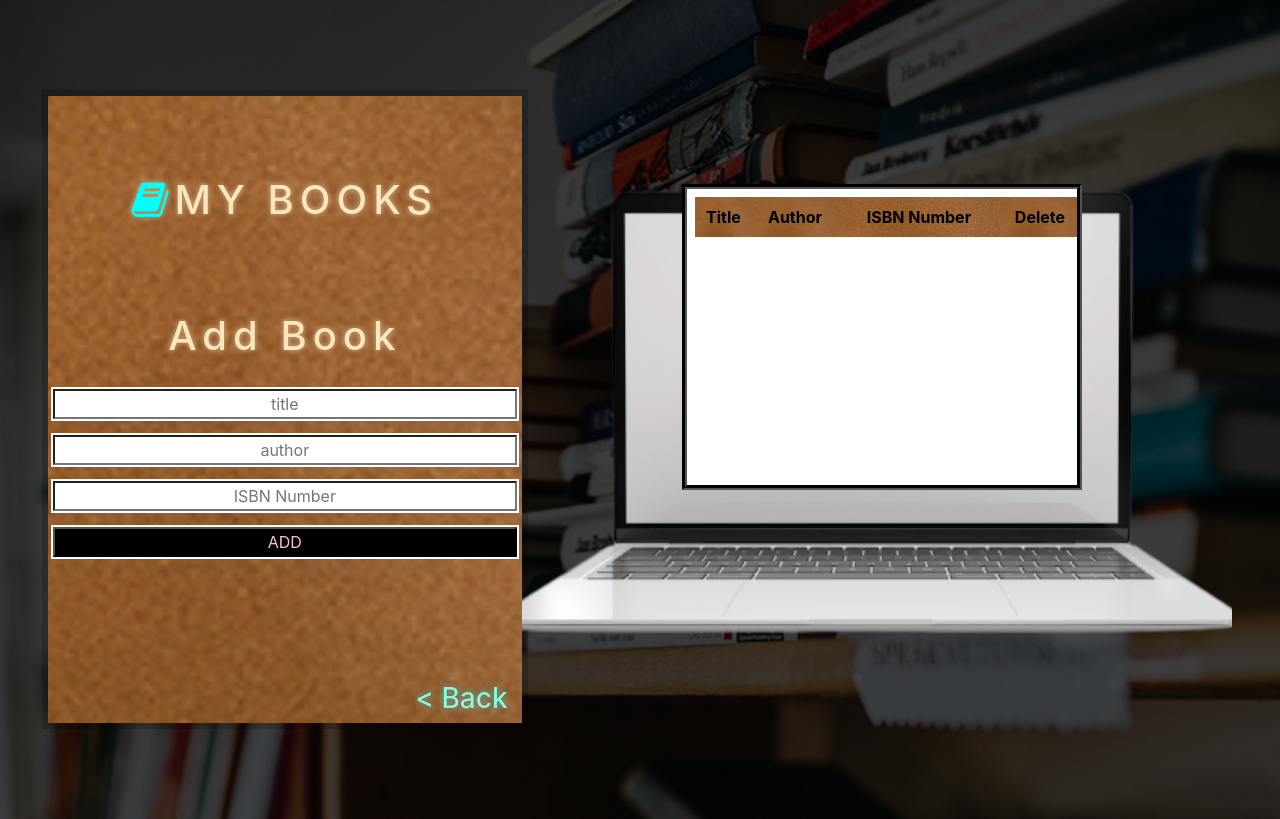
Repository: CSituma/Home-Library-App
Page: libu.html
An editor plug-in stored every save of this project. The page is shown before and after the next save, followed by the edit.
The browser window is 1280 px wide. The pictures show the whole page.
Backgrounds fixed to the window are drawn as part of the page. Some web libraries are served in a nearby version.

Above is the page before, as saved 2020-11-10 21:28:03.

### libu.html
<!DOCTYPE html>
<html lang="en">
<head>
    <meta charset="UTF-8">
    <meta name="viewport" content="width=device-width, initial-scale=1.0">
    <meta http-equiv="X-UA-Compatible" content="ie=edge">
    <link rel="stylesheet" href="style.css">
    <link rel="stylesheet" href="https://cdnjs.cloudflare.com/ajax/libs/font-awesome/4.7.0/css/font-awesome.min.css"/>
<link rel="stylesheet" href="https://stackpath.bootstrapcdn.com/bootstrap/4.5.0/css/bootstrap.min.css" integrity="sha384-9aIt2nRpC12Uk9gS9baDl411NQApFmC26EwAOH8WgZl5MYYxFfc+NcPb1dKGj7Sk" crossorigin="anonymous"/>
<link rel="stylesheet" href="https://cdnjs.cloudflare.com/ajax/libs/animate.css/4.0.0/animate.min.css"/>
  <title>BOOK TRACKER</title>
</head>
<body>
    <div class="columns">
        <div class="js">

            <h1><i class="fa fa-book"></i>MY BOOKS</h1>
            <h1>Add Book</h1>
            <form id="form">
                <input type= "text" id= "title"  placeholder="title">
                <input type= "text" id= "author" placeholder="author" >
                <input type= "text" id= "number" placeholder="ISBN Number">
                <input type= "submit"id= "button" value="ADD">
            </form>
        <h3> <a href= "./index.html"> < Back </a></h3>
        </div>
        <div class="storage" >
              <div class="storage_items">
        <table id="table">
            <thead>
                <tr>
                <th id="title">Title</th>
                <th>Author</th>
                <th>ISBN Number</th>
                <th>Delete</th>
                </tr>
                </thead>
                <tbody class="Booklist" id="booklist">
                </tbody>
            </table>
            </div>
        </div>
</div>
    <script src="lib.js"></script>
 </body>
 </html>

### style.css
/*homepage//////////////*/
body,
html {
  max-width: 100%;
  margin: 0;
  padding: 0;
  max-height: 100%;
  background: url("./images/sandra-seitamaa-qkIWnKtGhg4-unsplash.jpg")
    center/cover no-repeat fixed;
}

.container {
  margin: 10em 20em 20em 20em;
  height: 400px;
  width: 40%;
  background-color: rgba(146, 116, 15, 0.445);
  text-align: center;
}

.lol {
  padding-top: 5em;
  font-weight: 800;
  font-style: italic;
}
span {
  color: yellow;
  font-weight: 400;
}
#lolone {
  color: ghostwhite;
}

h3 {
  padding-top: 4em;
  float: right;
  margin-right: 0.5em;
  font-weight: 900;
  font-size: 2rem;
  text-shadow: 0 0 3px #FF0000, 0 0 5px aqua;
}

h3 a {
  text-decoration: none;
 color: aquamarine;

}

h3 a:hover {
  text-decoration: none;
  color: burlywood;
}

#you {
  padding: 1rem;
  color: gold;
}

/*library////////////////*/
.columns {
  display: flex;
  justify-content: space-between;
  max-width: 100%;
  max-height: 100%;
  background: rgba(0, 0, 0, 0.692);

}
h1{
  letter-spacing: 6px;
  text-shadow: 0 0 3px olive, 0 0 5px pink;
  padding-top:2em;
  margin: 0;
  color: bisque;

}
table {
  background: black;
  width: 100%;
  margin:0.5em;
  margin-left:0.2em;
  text-align: center;
  color:white;

}


td{
  margin: 2em;
}
tr{
  border-left: white 5px solid;
  height: 40px;
}
th {
  color: black;
  background:url('./images/josephine-bredehoft-KsAo8ouBn8A-unsplash.jpg') center/cover no-repeat;
  outline: none;
}
tbody tr:nth-child(odd){
  background:white;
 color: olive;
}
tbody tr:nth-child(odd):hover {
  box-shadow: 0 0 0 2px white;

}
tbody tr:nth-child(even){
background:black;

}
tbody tr:nth-child(even):hover{
  box-shadow: 0 0 0 2px gray;
}

 .fa {
   color:aqua;
 }
 .fa:hover{
   font-size:1.3em;
 }
form {
  padding: 0.3em;
  margin-top: 1em;
}

form input {
  width: 100%;
  margin: 0.5em 0;
  -webkit-box-shadow: 0 0 0 2px white;
  box-shadow: 0 0 0 2px white;
}

:placeholder-shown {
  text-align: center;
}

#button {
  color: pink;
  background-color: black;
}

/*/////////////////////////////////*/
.storage_items {

  background-color: white;
  width:100%;
  max-height: 70%;
  margin-left: 8em;
  margin-top: 5em;
  margin-bottom: 2em;
  border: rgb(0, 0, 0) 5px solid;
  border-style: groove;
  padding-bottom: 15em;
  overflow: scroll;
  scroll-behavior: smooth;
  scrollbar-width: 2px;
}
.storage {
  background:url("./images/1463-removebg-preview.png") center/cover no-repeat;
  width: 60%;
  height: 85vh;
  margin: 6em 3em 6em 0;
  border-radius: 3px;

}
.js {
  -webkit-box-shadow: 0 0 0 6px rgba(0, 0, 0, 0.191);
  box-shadow: 0 0 0 6px rgba(0, 0, 0, 0.191);
  text-align: center;
  width: 40%;
  margin: 6em 0em 6em 3em;
  background: url("./images/josephine-bredehoft-KsAo8ouBn8A-unsplash.jpg")
    center/cover no-repeat;
}

@media screen and (max-width:1000px) {
  .storage{
    margin-right: 0;

    background: url("./images/719-removebg-preview.png") center/cover no-repeat;
  }
  .storage_items{
    margin:0;
    font-size: 13px;
   border: 10px solid black;
   border-radius: 45px;
   border-bottom-right-radius:5px;
   border-bottom-left-radius:5px;
   border-top-right-radius:15px;

   padding:0;
   padding-bottom: 15em;

}

.js{
  margin: 0;}


}

@media screen and (min-width:1000px) {

 .storage_items{
  max-height: 60%;
    background-color: white;
    width: 400px;
    height: 50%;
    margin-left: 10em;
    margin-top: 5.5em;

  }


 }

 @media screen and (max-width:800px)
 {
  .storage{
    background: url("./images/719-removebg-preview.png") center/cover no-repeat;
  }
  .storage_items{
    margin:0;
    font-size: 13px;
   border: 10px solid black;
   border-radius: 45px;
   border-bottom-right-radius:5px;
   border-bottom-left-radius:5px;
   border-top-right-radius:15px;
   padding:0;
   padding-bottom: 15em;

}
.columns{
  flex-direction: column;
}
.js{
  width:100%;
  padding: 0 5em;
 }

 }

### lib.js
// Book Class: Represents a Book
class Book {
  constructor(title, author, isbn) {
    this.title = title;
    this.author = author;
    this.isbn = isbn;
  }
}

// UI Class: Handle UI Tasks
class UI {
//display Books.//
static displayBooks () {
 const books = Store.getBooks();
 books.forEach(((book) =>
  UI.addBookToList(book)));
}


//addbooks
static addBookToList(book) {

const bookList = document.querySelector('#booklist');
const row = document.createElement('tr');

row.innerHTML= `<td>${book.title} </td>
               <td>${book.author}</td>
               <td>${book.isbn}</td>
              <td><i class="fa fa-trash-o"></i></td>`;

bookList.appendChild(row);

}


//deletebooks
static deleteBook(el){
 if(el.classList.contains('fa')){
   el.parentElement.parentElement.remove();
  }}

////show alert msg
static showAlert(message, className){
const div = document. createElement('div');
div.className = `alert alert-${className}`;
div.appendChild(document.createTextNode(message));
const button = document.getElementById('button');
const form = document.getElementById('form');


form.insertBefore(div, button);


//message vanishing//

setTimeout(() => {
  document.querySelector('.alert').remove();
}, 3000);

}

//clear fields//

static clearFields() {
  document.querySelector('#title').value = '';
  document.querySelector('#author').value = '';
  document.querySelector('#number').value = '';
}

}

///Events:
/* 1. Display Books */

document.addEventListener('DOMContentLoaded', UI.displayBooks);

/* 2. Add Books*/
document.querySelector("#form").addEventListener('submit',(e) =>
{
e.preventDefault();
///get form values//
const title = document.querySelector('#title').value;
const author = document.querySelector('#author').value;
const isbn = document.querySelector('#number').value;

  // Validate
 if(title ===''|| author===''|| isbn===''){
   UI.showAlert('Please fill in the Form', 'danger')
 }
else{
  //instantiate Book
  const book = new Book(title,author,isbn);

//////Adding
UI.addBookToList(book);

Store.addBook(book);

///Show Sucess Message
UI.showAlert('Added', 'success');
//Clearfields
UI.clearFields();


 }
}
);


/////3. Remove BOOK////
document.querySelector('#booklist').addEventListener('click', (e)=>{
e.preventDefault();
//deleting from UI

UI.deleteBook(e.target);
///deleting from Store
Store.removeBook(e.target.parentElement.previousElementSibling.textContent);
//Message
UI.showAlert('Book Deleted', 'danger');

}
);

///localStorage
class Store{
  static getBooks(){
    let books;
   if (localStorage.getItem('books') === null){
     books = [];
   }
   else {
     books = JSON.parse(localStorage.getItem('books'));
   }
   return books;
  }

  static addBook(book){
    const books= Store.getBooks();
    books.push(book);
   localStorage.setItem('books',JSON.stringify(books));
  }
  static removeBook(isbn) {
    const books = Store.getBooks();

    books.forEach((book, index) => {
      if(book.isbn === isbn) {
        books.splice(index, 1);
      }
    });
    localStorage.setItem('books', JSON.stringify(books));
  }
}

After the next save:
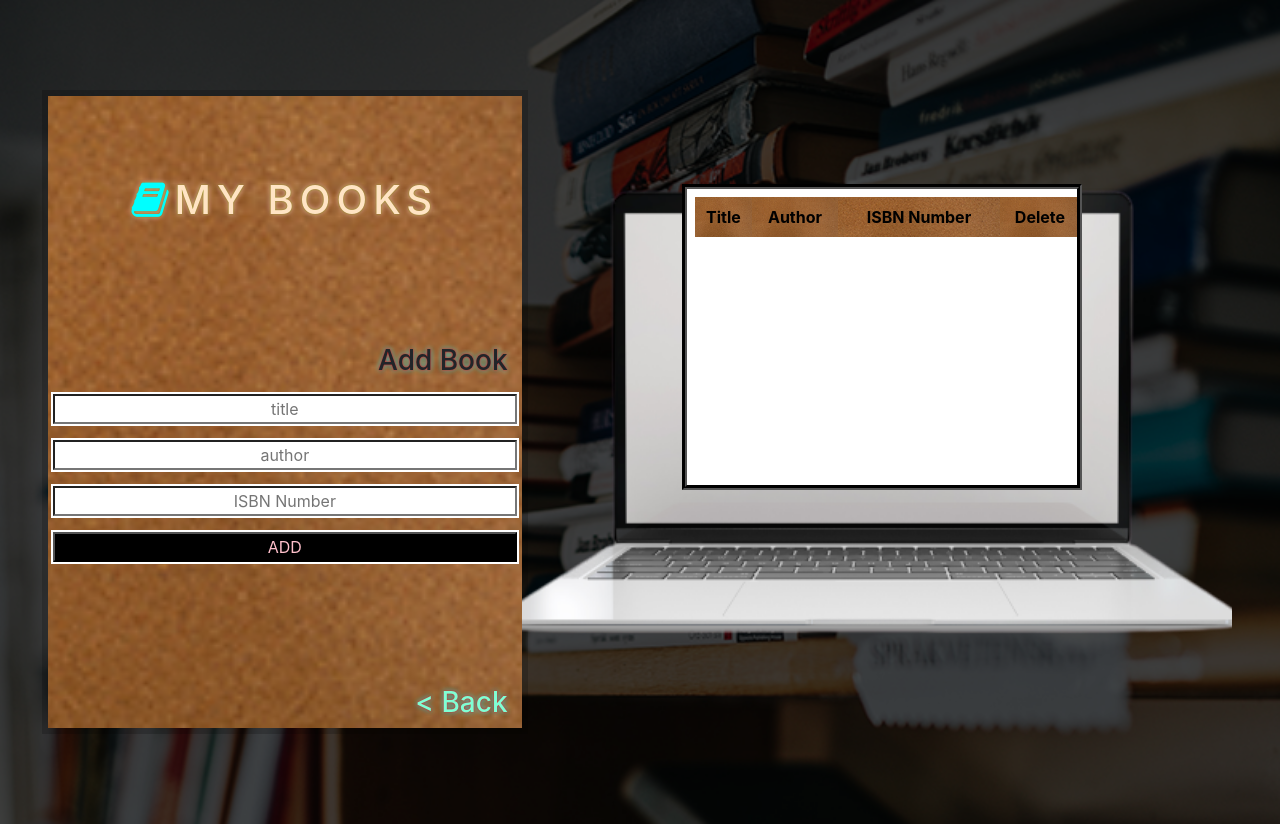
Saved 16 s later.
--- a/libu.html
+++ b/libu.html
@@ -15,7 +15,7 @@
         <div class="js">
 
             <h1><i class="fa fa-book"></i>MY BOOKS</h1>
-            <h1>Add Book</h1>
+                        <h3>Add Book</h3>
             <form id="form">
                 <input type= "text" id= "title"  placeholder="title">
                 <input type= "text" id= "author" placeholder="author" >
